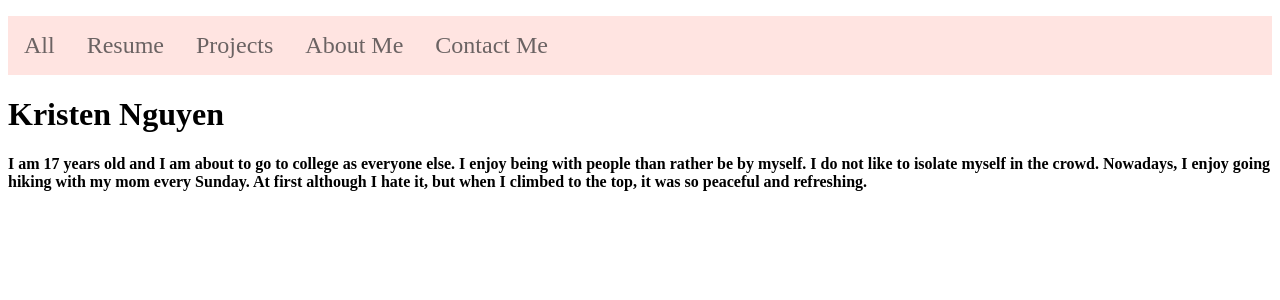
Repository: GiangNguyen2805/GiangNguyen2805.github.io
Page: aboutme.html
The author's editor kept a record of every edit. The page is drawn from the files as they stood at one moment, then again after the next edit.
The browser window is 1280 px wide. The pictures show the whole page.

Above is the page before.

### aboutme.html
<!DOCTYPE html>
<html>
<head>
<title>Home Page</title>
<link rel="stylesheet" type="text/css" href="style.css">

</head>
<body>
<ul class="navbar">
<li ><a href="/index.html">All</a></li>
<li ><a href="resume.html">Resume</a></li>
<li class="dropdown">
    <div>Projects</div>
    <ul class="dropdown-content">
        <li><a href="a">Project 1</a></li>
        <li><a href="a">Project 2</a></li>
        <li><a href="a">Project 3</a></li>

    </ul>
<li><a href="aboutme.html">About Me</a></li>

<li ><a href="contact me.html">Contact Me</a></li>
</ul>


    <h1>Kristen Nguyen</h1>

    <h4> I am 17 years old and I am about to go to college as everyone else. I enjoy being with people than rather be by myself. I do not like to isolate myself in the crowd. Nowadays, I enjoy going hiking with my mom every Sunday. At first although I hate it, but when I climbed to the top, it was so peaceful and refreshing.</h4>



</body>
</html>

### style.css
.navbar{
        list-style: none;
        background-color: mistyrose;
        overflow: hidden;
        padding: 0;
    }
    .navbar a, .dropdown div{
        text-decoration: none;
        color: #6B6363 ;
        font-size: 24px;
        padding: 16px;
        display: inline-block;
    }
   .navbar li{
       float: left;
   }
   .navbar li:hover{
       background-color: lightsalmon;
   }
   .dropdown-content{
       list-style: none;
       padding: 0;
       display: none;
       position: absolute;
       z-index: 1;
       background-color: darkgoldenrod
   }
   .dropdown-content li{
       float: none;
   }
   .dropdown:hover .dropdown-content{
       display: block;
   }
   .active{
       background-color: lemonchiffon;
   }

After the next edit:
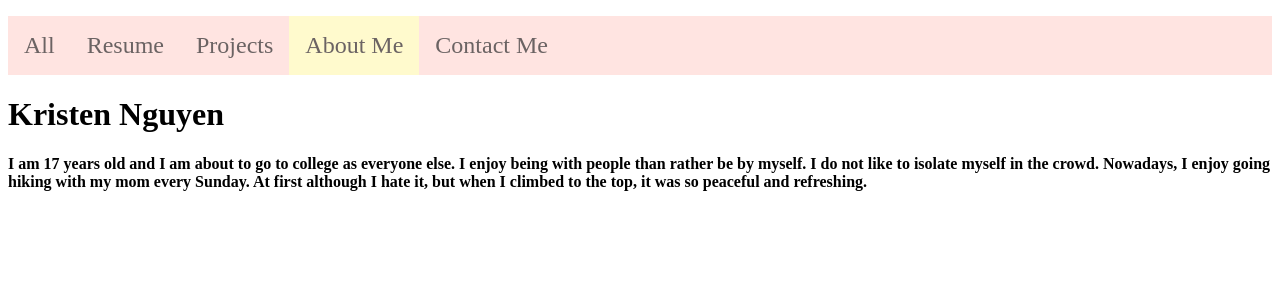
The edit:
--- a/aboutme.html
+++ b/aboutme.html
@@ -17,7 +17,7 @@
         <li><a href="a">Project 3</a></li>
 
     </ul>
-<li><a href="aboutme.html">About Me</a></li>
+<li class="active"><a href="aboutme.html">About Me</a></li>
 
 <li ><a href="contact me.html">Contact Me</a></li>
 </ul>
